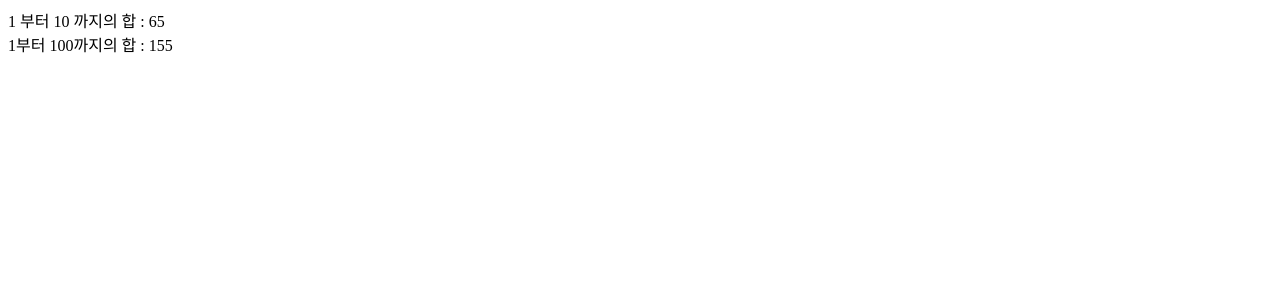
Repository: LeeHyoun/pollytec
Page: workspace2/JavaScript/WebContent/curry.html
The author's editor kept a copy of each file at every save. The page is drawn from the files as they stood at one save, then again after the next save.
The browser window is 1280 px wide. The pictures show the whole page.

Above is the page before, as saved 2015-04-02 07:46:43.

After the next save:
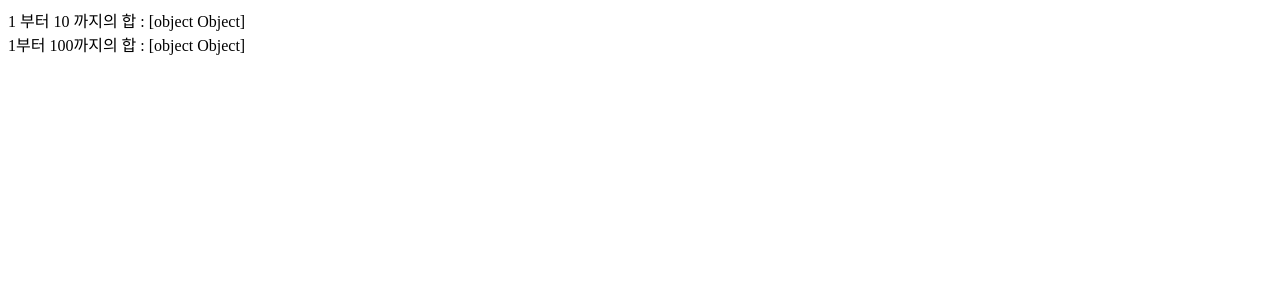
Saved 104 s later.
--- a/workspace2/JavaScript/WebContent/curry.html
+++ b/workspace2/JavaScript/WebContent/curry.html
@@ -42,20 +42,23 @@ Function.method ('curry', function () {
 // 단순히 arguments를 모두 더해서 리턴하는 함수객체이다.
 var add = function () {
 
-    var iCount = arguments[1];
+   /*  var iCount = arguments[1];
     var iSum = 0;
 
     for (var iIndex = arguments[0]; iIndex <= iCount; iIndex ++) {
         iSum += iIndex;
     }
 
-    return iSum + arguments[2];
+    return iSum + arguments[2]; */
+
+    var arr = Object.create(arguments);
+
+    return arr;
 };
 
 // curry 를 호출해서 add1에 할당된 함수 객체는
 // 1 이라는 arguments를 다음에 호출할 때 사용한다.
 var add1 = add.curry (1,10); //값이 여러개일 경우 slice로 나뉘어져 배열에 저장
-
 
 // 변경된 add1을 호출한 함수 객체는 1 과 10을
 // arguments 로 가지게 되므로 55을 리턴하게 된다.
